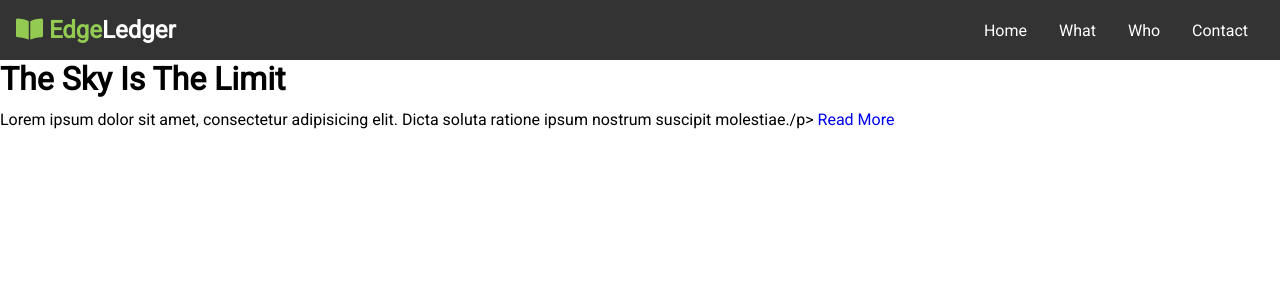
Repository: dimlutine/EdgeLedger
Page: index.html
An editor plug-in stored every save of this project. The page is shown before and after the next save, followed by the edit.
The browser window is 1280 px wide. The pictures show the whole page.
Some web libraries are served in a nearby version.

Above is the page before, as saved 2019-07-06 18:46:43.

After the next save:
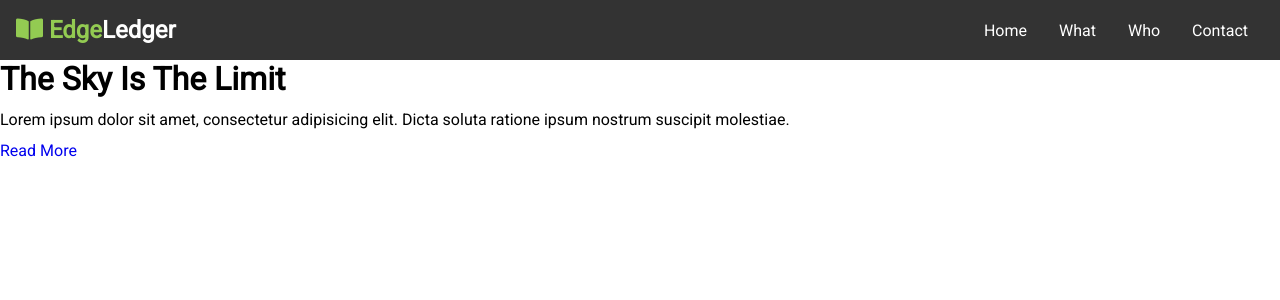
Saved 8 s later.
--- a/index.html
+++ b/index.html
@@ -31,8 +31,8 @@
             <h1 class="l-heading">
                 The Sky Is The Limit
             </h1>
-            <p class="lead">Lorem ipsum dolor sit amet, consectetur adipisicing elit. Dicta soluta ratione ipsum nostrum suscipit molestiae./p>
-                <a href="#what" class="btn">Read More</a>
+            <p class="lead">Lorem ipsum dolor sit amet, consectetur adipisicing elit. Dicta soluta ratione ipsum nostrum suscipit molestiae.</p>
+            <a href="#what" class="btn">Read More</a>
         </div>
     </header>
 </body>
